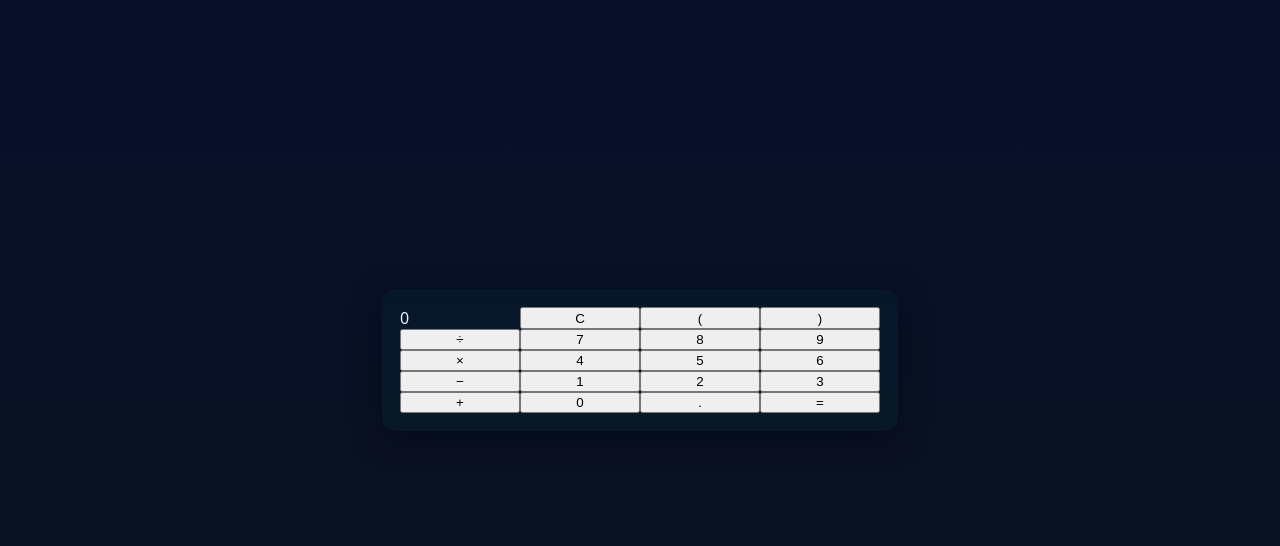
Repository: ShagunTomar2024/Frontend
Page: html/assignments/assignment2/index.html
An editor plug-in stored every save of this project. The page is shown before and after a run of saves, followed by the edit.
The browser window is 1280 px wide. The pictures show the whole page.

Above is the page before, as saved 2025-09-10 11:50:01.

### html/assignments/assignment2/index.html
<!doctype html>
<html lang="en">
<head>
<meta charset="utf-8" />
<meta name="viewport" content="width=device-width,initial-scale=1" />
<title>Grid Calculator UI (Demo)</title>
<link rel="stylesheet" href="style.css">
</head>
<body>

<div class="calculator" role="application" aria-label="Calculator">
  <div id="display" class="display" aria-live="polite">0</div>

  <!-- Row 1 -->
  <button class="btn clear" data-value="C" aria-label="Clear (C)">C</button>
  <button class="btn" data-value="(" aria-label="Left Parenthesis">(</button>
  <button class="btn" data-value=")" aria-label="Right Parenthesis">)</button>
  <button class="btn op" data-value="/" aria-label="Divide">÷</button>

  <!-- Row 2 -->
  <button class="btn" data-value="7">7</button>
  <button class="btn" data-value="8">8</button>
  <button class="btn" data-value="9">9</button>
  <button class="btn op" data-value="*" aria-label="Multiply">×</button>

  <!-- Row 3 -->
  <button class="btn" data-value="4">4</button>
  <button class="btn" data-value="5">5</button>
  <button class="btn" data-value="6">6</button>
  <button class="btn op" data-value="-" aria-label="Minus">−</button>

  <!-- Row 4 -->
  <button class="btn" data-value="1">1</button>
  <button class="btn" data-value="2">2</button>
  <button class="btn" data-value="3">3</button>
  <button class="btn op" data-value="+" aria-label="Plus">+</button>

  <!-- Row 5 -->
  <button class="btn span-2" data-value="0">0</button>
  <button class="btn" data-value=".">.</button>
  <button class="btn equal" data-value="=" aria-label="Equals">=</button>
</div>

</body>
</html>

### html/assignments/assignment2/style.css
 :root{
    --bg:#0f172a; --panel:#0b1220; --accent:#10b981; --muted:#94a3b8;
    --btn:#1f2937; --btn-op:#ef4444; --gap:10px;
  }
body{
    margin:0; min-height:100vh; display:flex; align-items:center; justify-content:center;
    background: linear-gradient(180deg,#071029,#0b1220); font-family:system-ui,Segoe UI,Roboto,"Helvetica Neue",Arial;
    color:#e6eef8;
  }

  .calculator{
    width: min(480px, 96vw);
    background: linear-gradient(180deg,#07172a,#091827);
    padding:18px;
    border-radius:14px;
    box-shadow: 0 10px 30px rgba(2,6,23,.6);
    display: grid;
    grid-template-columns: repeat(4, minmax(60px, 1fr));   /* 4 columns */
    /*grid-template-rows: minmax(72px, auto) repeat(5, 64px); /* 1 display row + 5 button rows */
   /* gap: var(--gap);
  }

  /* Display */
  /*.display{
    grid-column: 1 / -1;   /* full width */
   /* background: linear-gradient(90deg,#0b1220,#07122a);
    border-radius:10px;
    padding: 12px 16px;
    display:flex; align-items:center; justify-content:flex-end;
    font-size: clamp(1.25rem, 3vw, 2rem);
    color: #e6eef8;
    box-shadow: inset 0 -6px 18px rgba(0,0,0,.6);
    overflow:hidden;
    word-break: break-all;
  }

  /* Buttons */
/*  .btn{
    border: none; outline: none;
    background: var(--btn);
    color: #e6eef8;
    font-size: 1.15rem;
    border-radius:10px;
    cursor: pointer;
    box-shadow: 0 4px 8px rgba(2,6,23,.45);
    transition: transform .08s ease, box-shadow .12s ease;
    display:flex; align-items:center; justify-content:center;
  }
  .btn:active{ transform: translateY(2px); box-shadow: 0 2px 6px rgba(2,6,23,.5); }

  .btn.op { background: linear-gradient(180deg,#ef4444,#dc2626); }
  .btn.equal { background: linear-gradient(180deg,#10b981,#059669); }

  /* Span two columns (e.g., 0) */
 /* .span-2 { grid-column: span 2; }

  /* small visual tweaks for clarity */
/*  .btn.clear { background: #334155; color: #f8fafc; font-weight:600; }

After the next 2 saves:
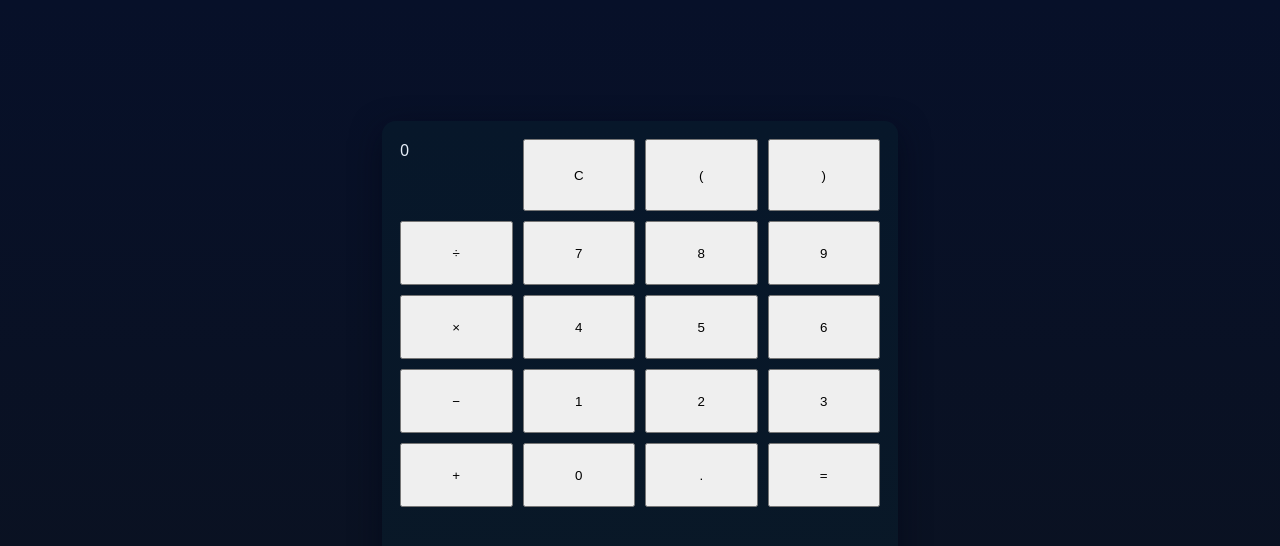
The 2 saves are shown as one change because they came seconds apart.
The last was saved 6 s later.
--- a/html/assignments/assignment2/style.css
+++ b/html/assignments/assignment2/style.css
@@ -16,8 +16,8 @@ body{
     box-shadow: 0 10px 30px rgba(2,6,23,.6);
     display: grid;
     grid-template-columns: repeat(4, minmax(60px, 1fr));   /* 4 columns */
-    /*grid-template-rows: minmax(72px, auto) repeat(5, 64px); /* 1 display row + 5 button rows */
-   /* gap: var(--gap);
+    grid-template-rows: minmax(72px, auto) repeat(5, 64px); /* 1 display row + 5 button rows */
+    gap: var(--gap);
   }
 
   /* Display */
